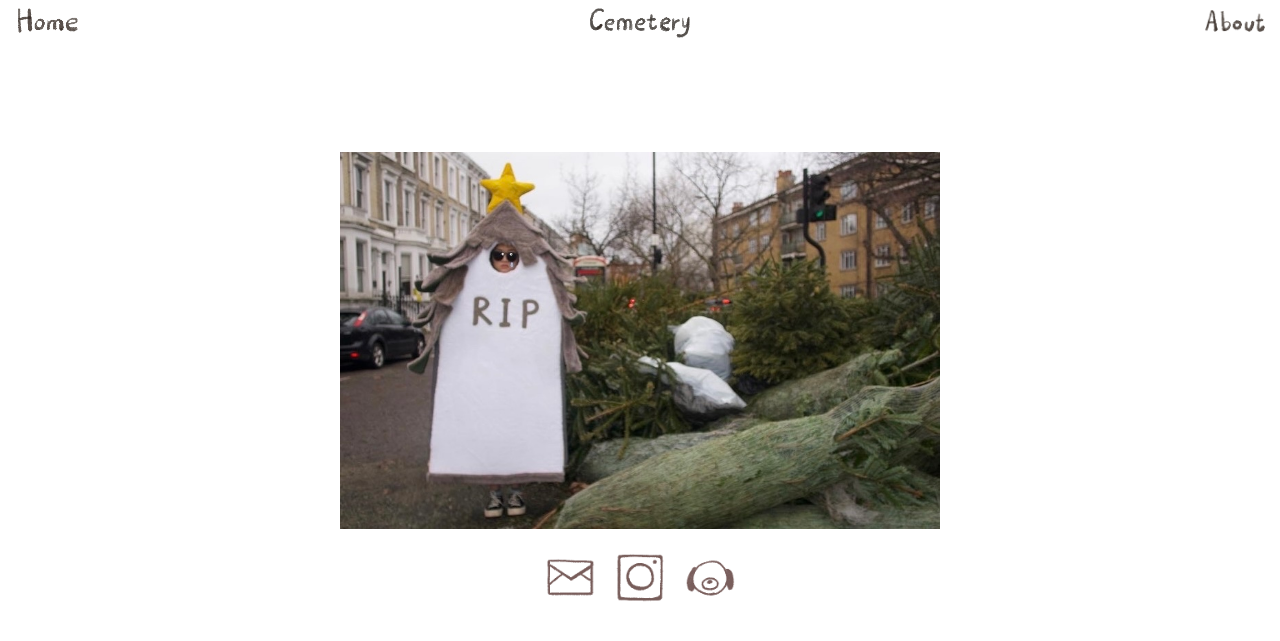
Repository: FuugaMo/ByeByeChristmasTree.github.io
Page: about.html
These files come from the project's save history. The page is drawn as it stood at one moment and after the next save; the edit follows.
The browser window is 1280 px wide. The pictures show the whole page.

Above is the page before, as saved 2023-08-02 09:32:14.

### about.html
<!DOCTYPE html>
<html lang="en">

<head>
    <meta charset="utf-8" />
    <link
        href="about.css"
        rel="stylesheet"
    />

</head>

<body>
    <!-- 顶部导航栏 -->
    <nav>
        <div
            class="home"
            style="width:60px; height:50px"
        >
            <img
                src="./Image/Home.png"
                width="60px"
            >
            <input
                type="button"
                onclick='location.href=("index.html")'
            />

        </div>

        <div
            class="cemetery"
            style="width: 100px;"
        >
            <img
                src="./Image/cemetery.png"
                class="cemetery"
                width="100px"
            >
            <input
                type="button"
                onclick='location.href=("cemetery.html")'
            />
        </div>

        <div
            class="about"
            style="width: 60px;"
        >
            <img
                src="./Image/about.png"
                width="60px"
            >
            <input
                type="button"
                onclick='location.href=("about.html")'
            />
        </div>

    </nav>

    <div id="content">
        <img src="./Image/About1.jpeg">
    </div>

    <div class="link">
        <a href="mailto:bagegoo@126.com">
            <img
                src="./Image/Mail.jpg"
                alt="Mail Icon"
            >
        </a>

        </a>
        <a href="https://www.instagram.com/bagegoo/">
            <img
                src="./Image/Ins.jpg"
                alt="Instagram Icon"
            >
        </a>
        <a href="https://bagegoo.com">
            <img
                src="./Image/Dog.jpg"
                alt="Website Icon"
            >
        </a>
    </div>

</body>

### about.css
/* 新增样式 */
#content {
    /* 居中 */
    margin: 0 auto;
    width: 600px;
}

#content img {
    width: 600px;
}

#content .text {
    flex: 1;
    padding-left: 20px;
}


/* 导航栏 */
.home {
    position: relative;
    display: -webkit-box;
    -webkit-box-pack: start;
    -webkit-box-align: start;
    -webkit-box-orient: start;
    text-align: center;
    margin-left: 10px;
    /* opacity: 0; */
}

.home input {
    cursor: url("光标.png"), auto;
    position: absolute;
    width: 60px;
    height: 25px;
    border: 0px;
    left: 0px;
    top: 0px;
    /* opacity: 0.5; */
    /* background-color: black; */
    background-color: transparent;
}

.cemetery {
    position: relative;
    margin: 0 auto;
    top: -25px;
}

.cemetery input {
    cursor: url("光标.png"), auto;
    position: relative;
    width: 100px;
    height: 60px;
    border: 0;
    top: -85px;
    /* opacity: 0.5; */
    /* background-color: black; */
    background-color: transparent;
}

.about {
    position: absolute;
    right: 15px;
    top: 10px;
}

p1,
p2,
p3 {
    font-family: "Gill Sans", sans-serif;
    font-size: large;
    color: gray;
}

.about input {
    cursor: url("光标.png"), auto;
    position: absolute;
    width: 60px;
    height: 25px;
    border: 0px;
    right: 1px;
    /* opacity: 0.5; */
    /* background-color: black; */
    background-color: transparent;

}

/* 导航栏结束 */

html {
    cursor: url("光标.png"), auto;
}

.link {
    margin-top: 10px;
    display: flex;
    justify-content: center;
    align-items: center;

}

.link a {
    margin: 10px;
    /* 可根据需要调整间距 */
}

.link img {
    width: 50px;
    height: 50px;
}

After the next save:
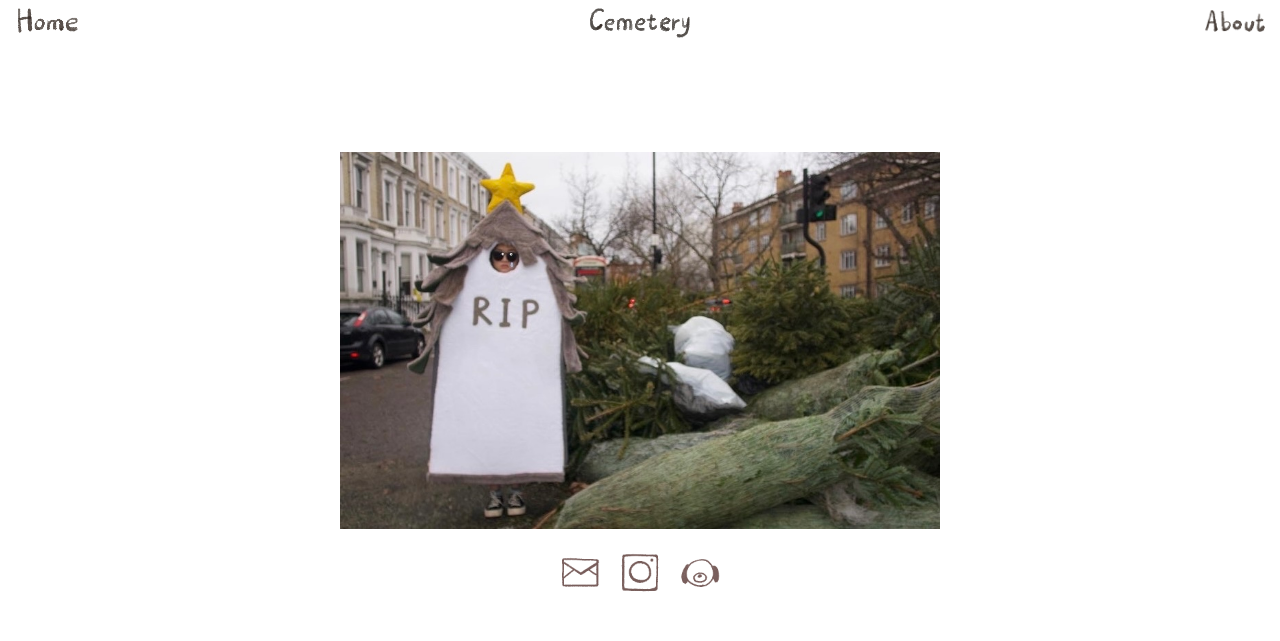
Saved 25 s later.
--- a/about.css
+++ b/about.css
@@ -105,6 +105,6 @@ html {
 }
 
 .link img {
-    width: 50px;
-    height: 50px;
+    width: 40px;
+    height: 40px;
 }
